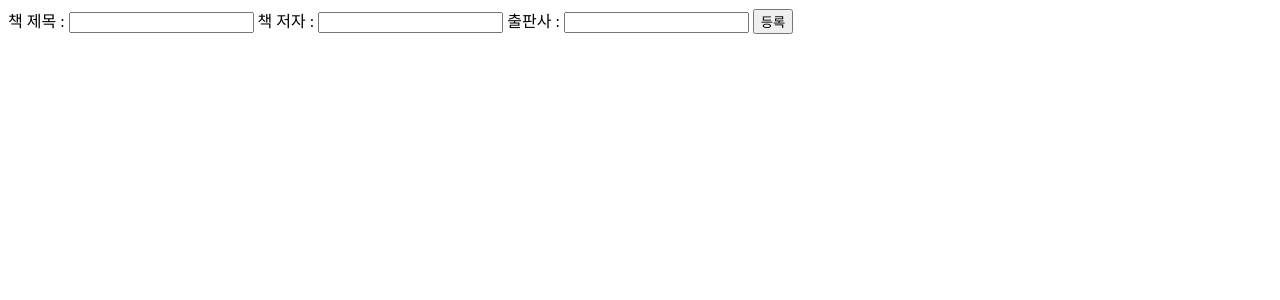
Repository: daelong/ServletJsp
Page: http://localhost/edu/bookInput.jsp
These files come from the project's save history. The page is drawn as it stood at one moment and after the next save; the edit follows.
The browser window is 1280 px wide. The pictures show the whole page.
The page is served by Tomcat 9. Other server files are loaded and not shown.

Above is the page before, as saved 2019-03-19 07:29:00.

### edu/WebContent/bookInput.jsp
<%@ page contentType="text/html; charset=UTF-8"%>
<html>
<head>
<title>Book Input</title>
</head>
<body>
	<form action="example22.jsp" method="post">
		책 제목 : <input type="text" name="title">
		책 저자 : <input type="text" name="author">
		출판사  : <input type="text" name="publisher">
		<input type="submit" value="등록">
	</form>
</body>
</html>

After the next save:
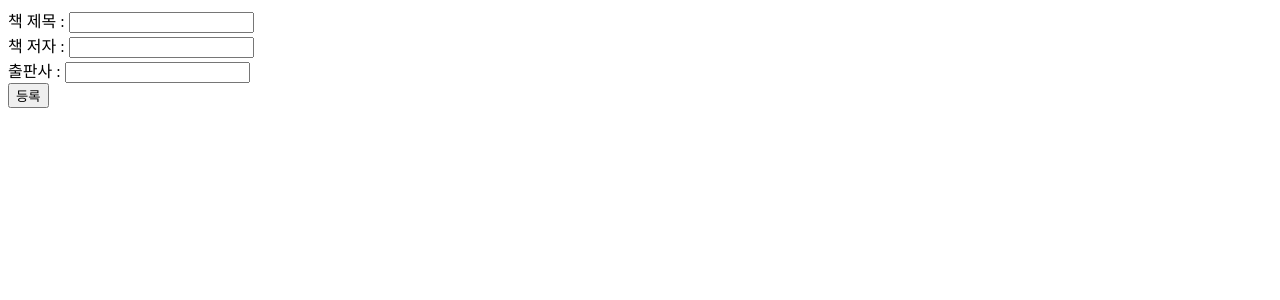
Saved 23 s later.
--- a/edu/WebContent/bookInput.jsp
+++ b/edu/WebContent/bookInput.jsp
@@ -5,9 +5,9 @@
 </head>
 <body>
 	<form action="example22.jsp" method="post">
-		책 제목 : <input type="text" name="title">
-		책 저자 : <input type="text" name="author">
-		출판사  : <input type="text" name="publisher">
+		책 제목 : <input type="text" name="title"><br>
+		책 저자 : <input type="text" name="author"><br>
+		출판사  : <input type="text" name="publisher"><br>
 		<input type="submit" value="등록">
 	</form>
 </body>
